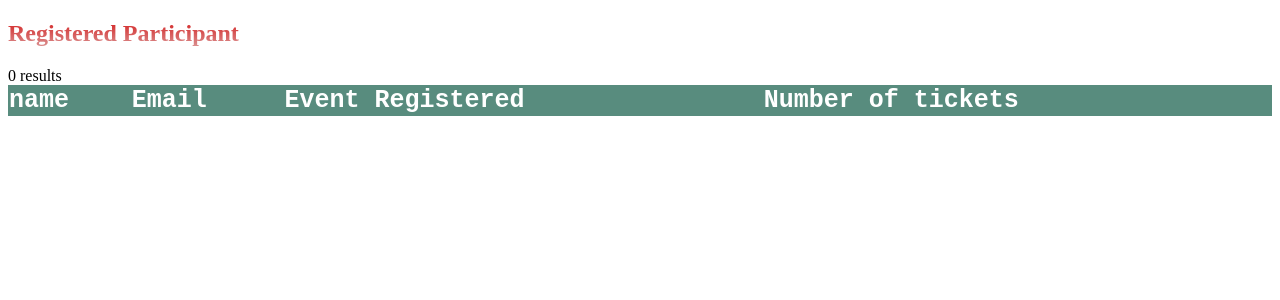
Repository: farhan-helmy/web_prog_project_dulu2
Page: http://localhost/view.php
An editor plug-in stored every save of this project. The page is shown before and after the next save, followed by the edit.
The browser window is 1280 px wide. The pictures show the whole page.
The page is run by PHP 8.4 with error messages shown; the project is at /var/www/html/. Queries for data that is not in the repository find no rows.

Above is the page before, as saved 2020-05-12 07:20:48.

After the next save:
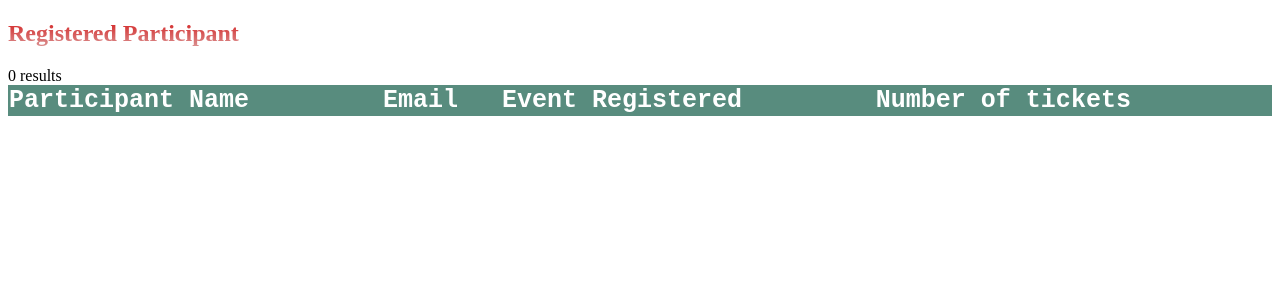
Saved 14 s later.
--- a/view.php
+++ b/view.php
@@ -27,7 +27,7 @@
 <h2>Registered Participant</h2>
 <table>
 <tr>
-<th>name</th>
+<th>Participant Name</th>
 <th>Email</th>
 <th>Event Registered</th>
 <th>Number of tickets</th>
